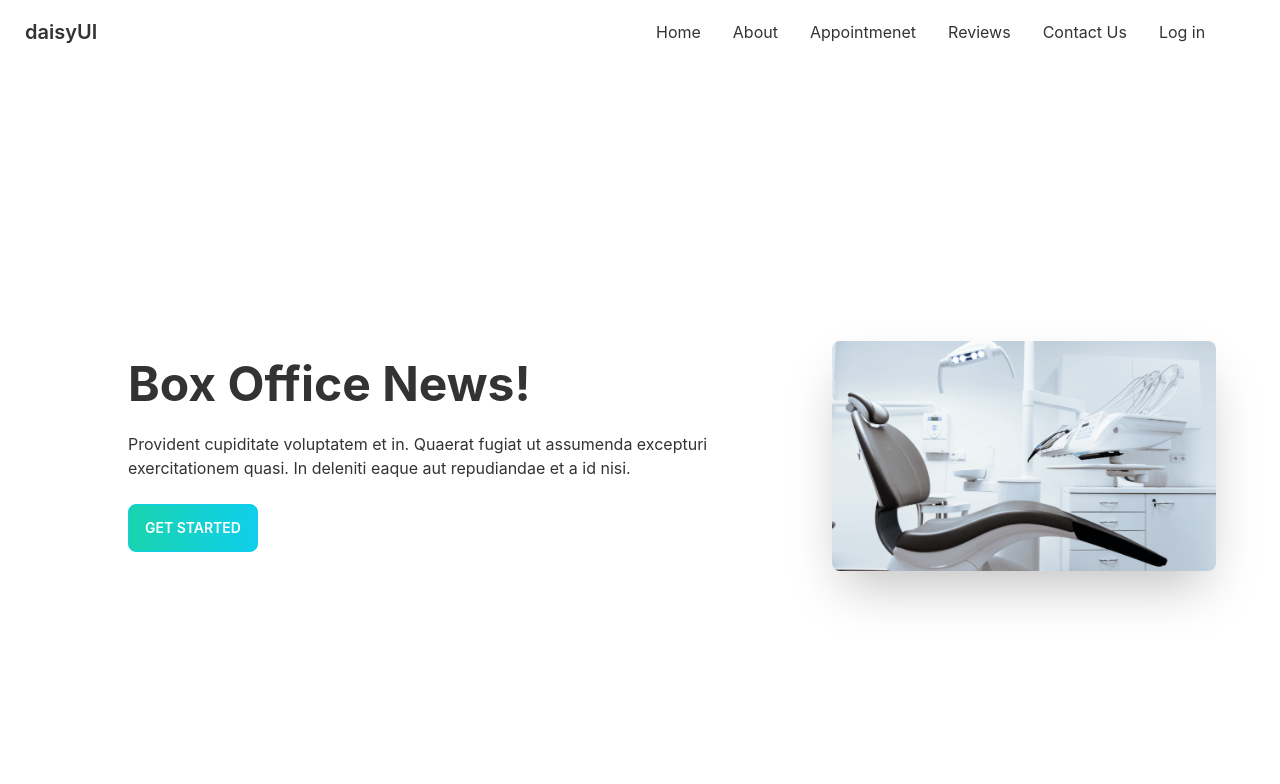
Repository: Tanvir3744/Doctors-client-website
Page: /
These files come from the project's save history. The page is drawn as it stood at one moment and after the next save; the edit follows.
The browser window is 1280 px wide. The pictures show the whole page.
The project was rebuilt for these pictures with package versions that can differ from the ones it lists, and the page was loaded fresh each time. Also part of the build but not shown: src/Pages/About/About.js, src/Pages/Login/Login.js, src/Pages/NotFound/NotFound.js.

Above is the page before, as saved 2022-05-25 01:53:47.

### src/App.js
import { Routes, Route } from 'react-router-dom'
import About from './Pages/About/About';
import Home from './Pages/Home/Home';
import Login from './Pages/Login/Login';
import NotFound from './Pages/NotFound/NotFound';
import Navbar from './Pages/Shared/Navbar';
function App() {
  return (
    <div className="App">
      <Navbar></Navbar>
      <Routes>
        <Route path='/' element={<Home />}></Route>
        <Route path='/home' element={<Home />}></Route>
        <Route path='/about' element={<About />}></Route>
        <Route path='/login' element={<Login />}></Route>
        <Route path='*' element={<NotFound />}></Route>
      </Routes>
    </div>
  );
}

export default App;

### src/Pages/Home/Home.js
import React from 'react';
import Banner from './Banner/Banner';

const Home = () => {
    return (
        <div>
            <Banner />
        </div>
    );
};

export default Home;

### src/Pages/Shared/Navbar.js
import React from 'react';
import { Link } from 'react-router-dom';

const Navbar = () => {
    //menu items stored here
    const menuItems = <>
        <li><Link to="/">Home</Link></li>
        <li><Link to="/about">About</Link></li>
        <li><Link to="/appointment">Appointmenet</Link></li>
        <li><Link to="/reviews">Reviews</Link></li>
        <li><Link to="/contact">Contact Us</Link></li>
        <li><Link to="/login">Log in </Link></li>
    </>
    return (
        <div>
            <div class="navbar bg-base-100">
                <div class="navbar-start">
                    <div class="dropdown">
                        <label tabindex="0" class="btn btn-ghost lg:hidden">
                            <svg xmlns="http://www.w3.org/2000/svg" class="h-5 w-5" fill="none" viewBox="0 0 24 24" stroke="currentColor"><path stroke-linecap="round" stroke-linejoin="round" stroke-width="2" d="M4 6h16M4 12h8m-8 6h16" /></svg>
                        </label>
                        <ul tabindex="0" class="menu menu-compact dropdown-content mt-3 p-2 shadow bg-base-100 rounded-box w-52">
                           {menuItems}
                        </ul>
                    </div>
                    <Link to='/' class="btn btn-ghost normal-case text-xl">daisyUI</Link>
                </div>
                <div class="navbar-center hidden lg:flex">
                    <ul class="menu menu-horizontal p-0">
                        {menuItems}
                    </ul>
                </div>
            </div>
        </div>
    );
};

export default Navbar;

### src/Pages/Home/Banner/Banner.js
import React from 'react';
import chair from '../../../assets/images/chair.png'
const Banner = () => {
    return (
        <div>
            <div class="hero min-h-screen px-12">
                <div class="hero-content flex-col lg:flex-row-reverse -mb-16">
                    <img src={chair} class="max-w-sm rounded-lg shadow-2xl" />
                    <div className='px-16'>
                        <h1 class="text-5xl font-bold">Box Office News!</h1>
                        <p class="py-6">Provident cupiditate voluptatem et in. Quaerat fugiat ut assumenda excepturi exercitationem quasi. In deleniti eaque aut repudiandae et a id nisi.</p>
                        <button class="btn btn-primary text-white rounded-lg bg-gradient-to-r from-secondary to-primary">Get Started</button>
                    </div>
                </div>
            </div>
        </div>
    );
};

export default Banner;

### tailwind.config.js
module.exports = {
  content: ["./src/**/*.{html,js}"],
  theme: {
    extend: {},
  },
  daisyui: {
    themes: [
      {

        mytheme: {
          primary: "#0FCFEC",
          secondary: "#19D3AE",
          neutral: "#3d4451",
          darkis : "#3A4256",
          accent: "#37cdbe",
          "base-100": "#ffffff",
        },
      },
      "cupcake",
    ],
  },
  plugins: [require("daisyui")],
}

Loaded but not shown: public/index.html (common file); src/index.js (common file); src/index.css (common file); src/reportWebVitals.js (common file)

After the next save:
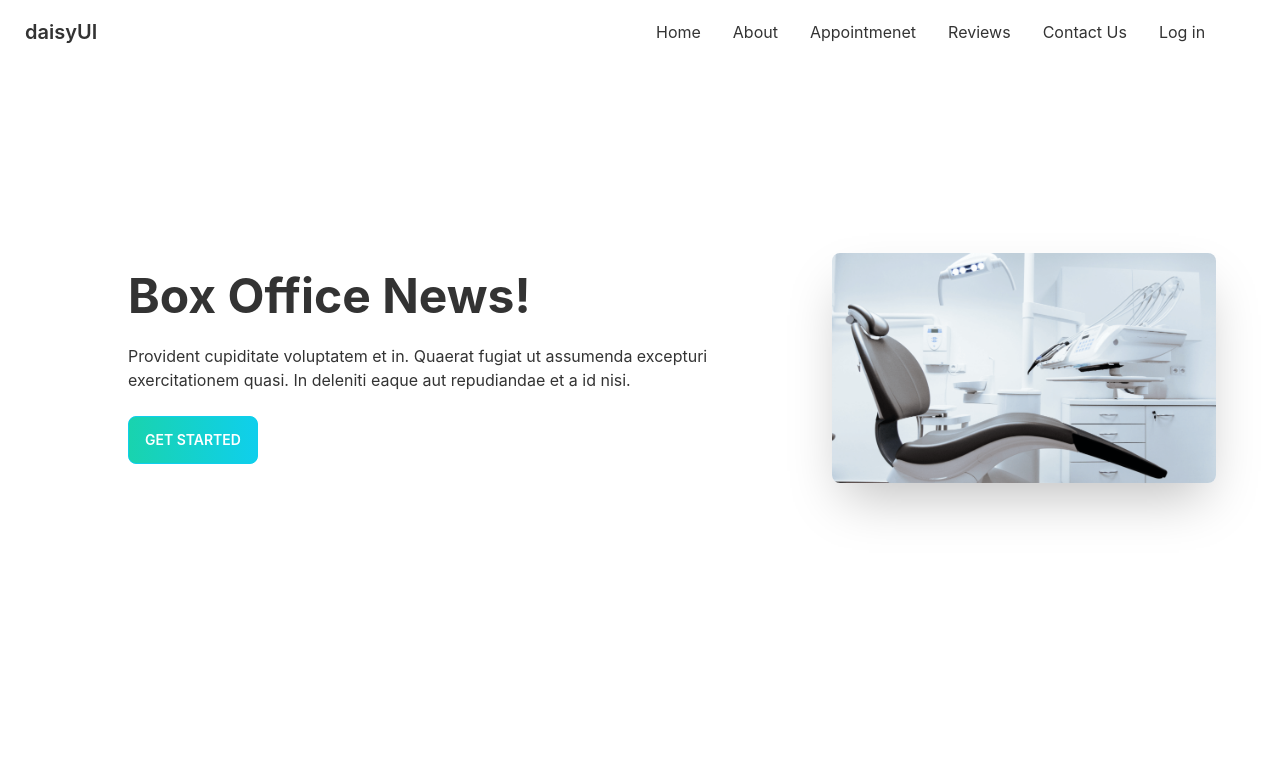
Saved 11 s later.
--- a/src/Pages/Home/Banner/Banner.js
+++ b/src/Pages/Home/Banner/Banner.js
@@ -4,7 +4,7 @@ const Banner = () => {
     return (
         <div>
             <div class="hero min-h-screen px-12">
-                <div class="hero-content flex-col lg:flex-row-reverse -mb-16">
+                <div class="hero-content flex-col lg:flex-row-reverse -mt-28">
                     <img src={chair} class="max-w-sm rounded-lg shadow-2xl" />
                     <div className='px-16'>
                         <h1 class="text-5xl font-bold">Box Office News!</h1>
